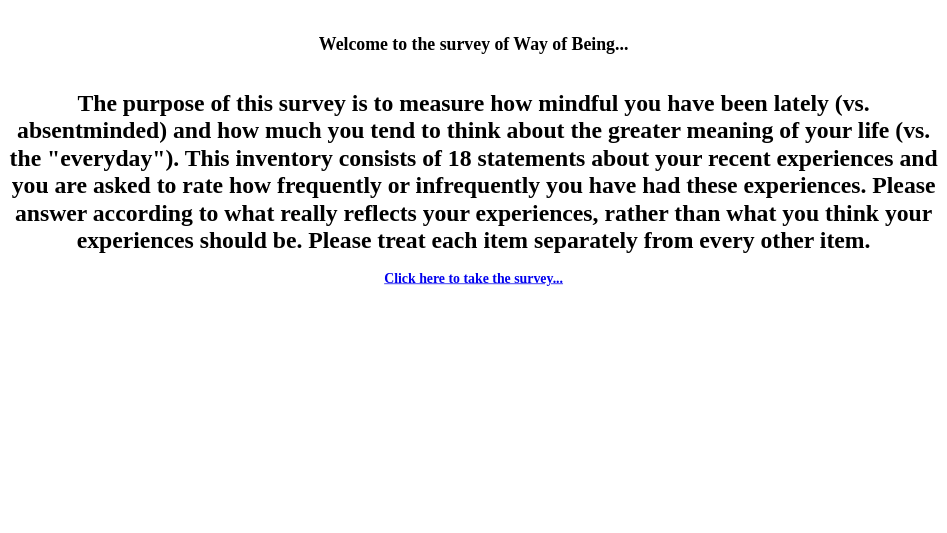
Repository: onlinechetan/WayOfBeing
Page: http://localhost/wayofbeing/
An editor plug-in stored every save of this project. The page is shown before and after the next save, followed by the edit.
The browser window is 1280 px wide. The pictures show the whole page, at 74% of full size.
The page is served by Tomcat 9.

Above is the page before, as saved 2015-11-07 21:39:27.

After the next save:
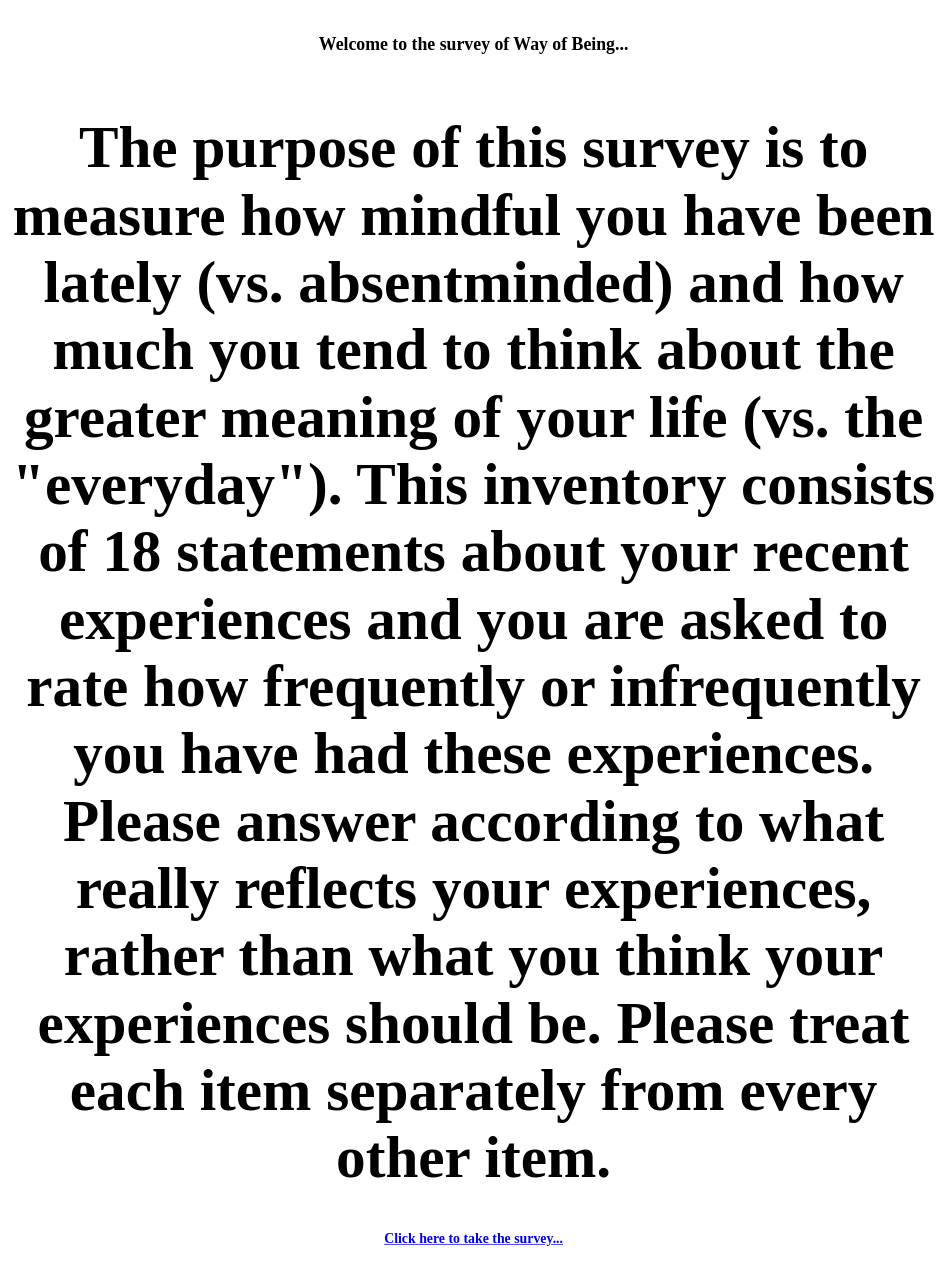
Saved 2 min 11 s later.
--- a/wayofbeing/WebContent/index.jsp
+++ b/wayofbeing/WebContent/index.jsp
@@ -4,7 +4,7 @@
 <style>
 h1 {
     display: block;
-    font-size: 2em;
+    font-size: 5em;
     margin-top: 0.67em;
     margin-bottom: 0.67em;
     margin-left: 0;

After the save that followed:
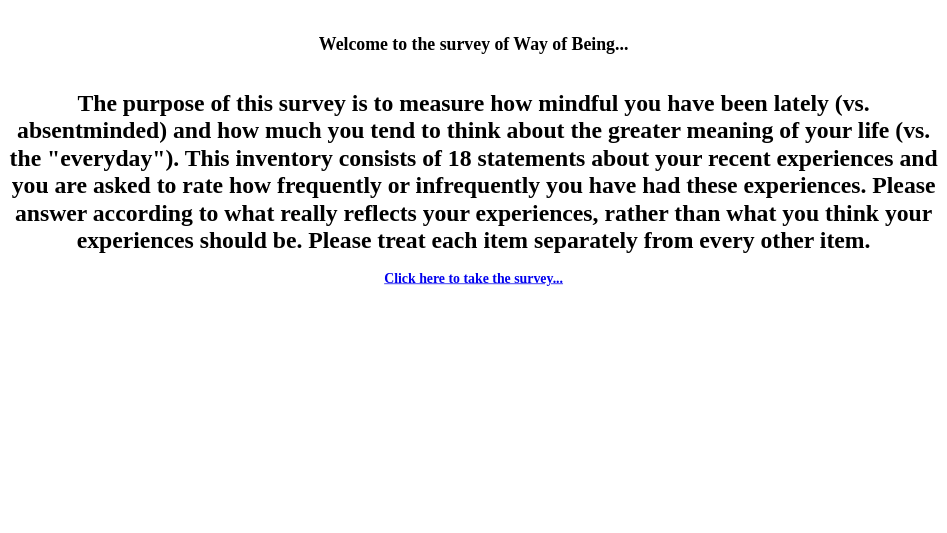
Saved 8 s later.
--- a/wayofbeing/WebContent/index.jsp
+++ b/wayofbeing/WebContent/index.jsp
@@ -4,7 +4,7 @@
 <style>
 h1 {
     display: block;
-    font-size: 5em;
+    font-size: 2em;
     margin-top: 0.67em;
     margin-bottom: 0.67em;
     margin-left: 0;
